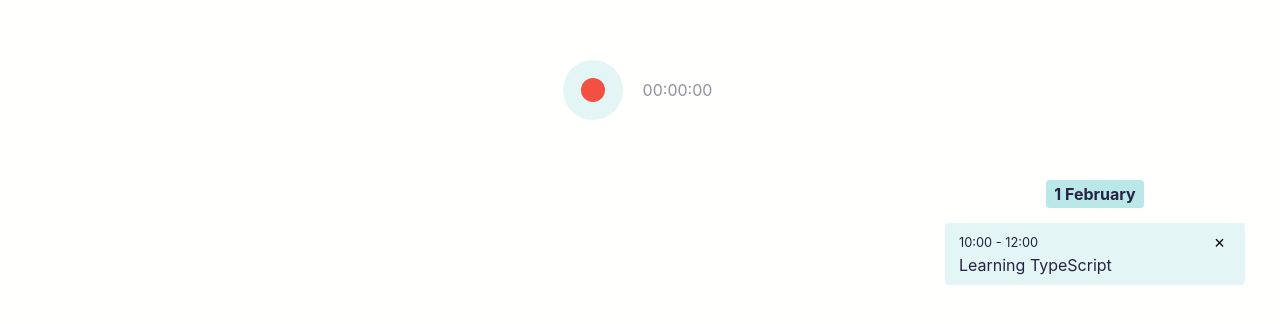
Repository: milosKomiRajkovic94/typescript-react-redux-example
Page: /
The author's editor kept a copy of each file at every save. The page is drawn from the files as they stood at one save, then again after the next save.
The browser window is 1280 px wide. The pictures show the whole page.
The project was rebuilt for these pictures with package versions that can differ from the ones it lists, and the page was loaded fresh each time. Also part of the build but not shown: src/components/App/App.css.

Above is the page before, as saved 2020-04-10 17:56:19.

After the next save:
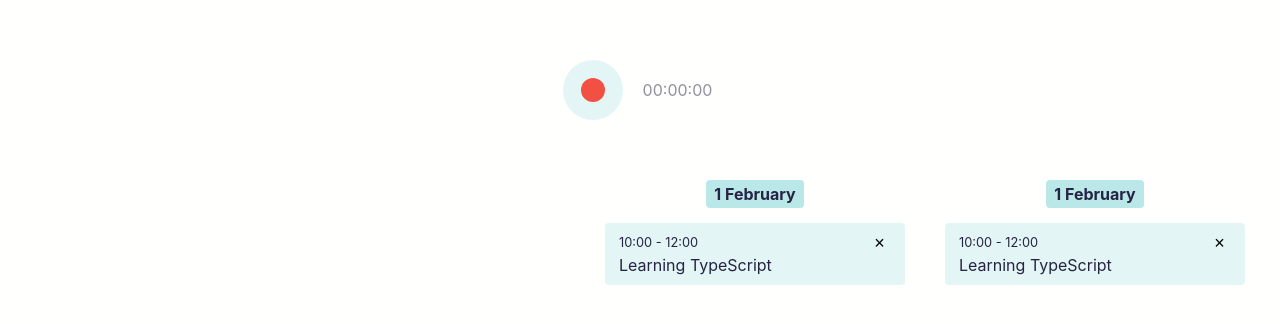
Saved 8 s later.
--- a/src/components/Calendar/Calendar.tsx
+++ b/src/components/Calendar/Calendar.tsx
@@ -41,6 +41,41 @@ const Calendar: React.FC = () => {
                     </div>
                 </div>
             </div>
+            <div
+                className={'calendar-day'}
+            >
+                <div
+                    className={'calendar-day-label'}>
+                    <span> 1 February </span>
+                </div>
+                <div
+                    className={'calendar-events'}
+                >
+                    <div
+                        className={'calendar-event'}
+                    >
+                        <div
+                            className={'calendar-event-info'}
+                        >
+                            <div
+                                className={'calendar-event-time'}
+                            >
+                                10:00 - 12:00
+                            </div>
+                            <div
+                                className={'calendar-event-title'}
+                            >
+                                Learning TypeScript
+                            </div>
+                        </div>
+                        <button
+                            className={'calendar-event-delete-button'}
+                        >
+                            &times;
+                        </button>
+                    </div>
+                </div>
+            </div>
         </div>
     )
 }
